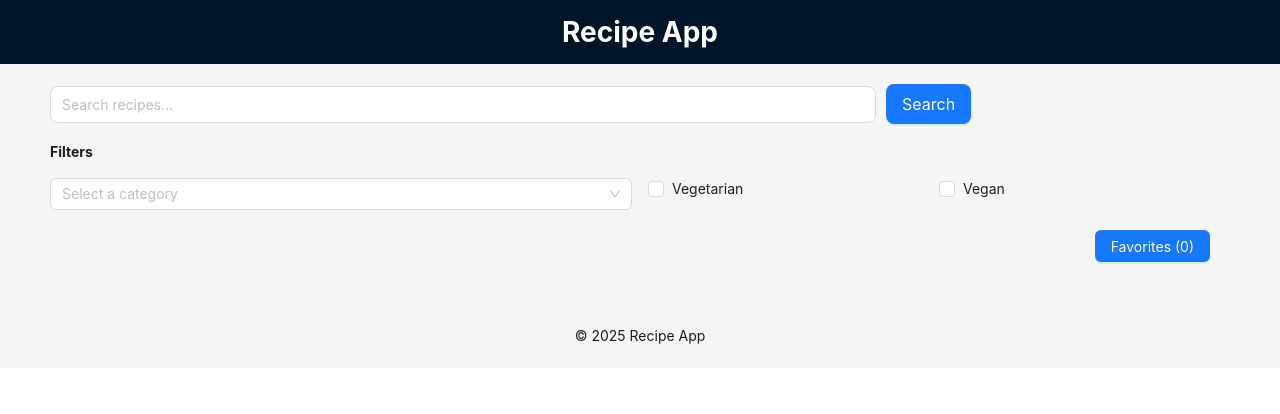
Repository: LearnTek-In-Private-Limited/recipie-era-premier
Page: /
The author's editor kept a copy of each file at every save. The page is drawn from the files as they stood at one save, then again after a run of saves.
The browser window is 1280 px wide. The pictures show the whole page.
The page's requests for data from a server got no answer. The project was rebuilt for these pictures with package versions that can differ from the ones it lists, and the page was loaded fresh each time. No one was signed in, and anything a server would have sent is missing.

Above is the page before, as saved 2025-01-25 19:57:12.

### src/App.js
import React from 'react';
import { Provider } from 'react-redux';
import store from './redux/store';
import RecipeList from './components/RecipeList';
import SearchBar from './components/SearchBar';
import FilterOptions from './components/FilterOptions';
import FavoritesButton from './components/FavoritesButton';
import { Layout, Row, Col } from 'antd';

const { Header, Content, Footer } = Layout;

function App() {
  return (
    <Provider store={store}>
      <Layout>
        <Header style={{ backgroundColor: '#001529', color: 'white', textAlign: 'center' }}>
          <h1 style={{ color: 'white', margin: 0 }}>Recipe App</h1>
        </Header>
        <Content style={{ padding: '20px 50px' }}>
          <Row gutter={[16, 16]}>
            {/* Filters and Search Bar */}
            <Col span={24}>
              <SearchBar />
              <FilterOptions />
                  {/* Favorites Button */}
          < FavoritesButton />
            </Col>
          </Row>

          <Row gutter={[16, 16]}>
            {/* Recipe List */}
            <Col span={24}>
              <RecipeList />
            </Col>
          </Row>


        </Content>
        <Footer style={{ textAlign: 'center' }}>© 2025 Recipe App</Footer>
      </Layout>
    </Provider>
  );
}

export default App;

### src/redux/store.js
import { createStore, combineReducers, applyMiddleware } from 'redux';
import {thunk} from 'redux-thunk';
import { recipeReducer, favoriteReducer } from '../redux/reducers/recipeReducer';

const rootReducer = combineReducers({
  recipes: recipeReducer,
  favorites: favoriteReducer,
});

const store = createStore(rootReducer, applyMiddleware(thunk));

export default store;

### src/components/RecipeList.js
import React, { useState, useEffect } from 'react';
import { Card, Col, Row, Button, Modal } from 'antd';
import { useDispatch, useSelector } from 'react-redux';
import { fetchRecipes, toggleFavorite } from '../redux/actions/recipeActions';

const RecipeList = () => {
  const dispatch = useDispatch();
  const recipes = useSelector((state) => state.recipes.recipes);
  const favorites = useSelector((state) => state.favorites);
  const [selectedRecipe, setSelectedRecipe] = useState(null);

  // Fetch recipes on mount
  useEffect(() => {
    dispatch(fetchRecipes());
  }, [dispatch]);

  const isFavorite = (recipe) => favorites.some((fav) => fav.label === recipe.label);

  const handleRecipeClick = (recipe) => {
    setSelectedRecipe(recipe);
  };

  const handleCloseModal = () => {
    setSelectedRecipe(null);
  };

  const toggleFavoriteStatus = (recipe) => {
    dispatch(toggleFavorite(recipe));
  };

  return (
    <>
      <Row gutter={[16, 16]}>
        {recipes.map((recipe, index) => (
          <Col xs={24} sm={12} md={8} lg={6} key={index}>
            <Card
              hoverable
              style={{ height: '100%', display: 'flex', flexDirection: 'column', justifyContent: 'space-between' }}
              cover={
                <img
                  alt={recipe.label}
                  src={recipe.image}
                  style={{ height: '200px', objectFit: 'cover' }}
                />
              }
              title={recipe.label}
              onClick={() => handleRecipeClick(recipe)} // Clicking on the card opens the modal
            >
              <p>{recipe.cuisineType?.join(', ') || 'No cuisine info'}</p>
              <Button
                type={isFavorite(recipe) ? 'danger' : 'primary'}
                onClick={(e) => {
                  e.stopPropagation(); // Prevent card click event from firing
                  toggleFavoriteStatus(recipe);
                }}
              >
                {isFavorite(recipe) ? 'Remove Favorite' : 'Add to Favorites'}
              </Button>
            </Card>
          </Col>
        ))}
      </Row>

      {/* Modal to show recipe details */}
      <Modal
        title={selectedRecipe?.label}
        visible={selectedRecipe !== null}
        onCancel={handleCloseModal}
        footer={null}
        width={800}
      >
        {selectedRecipe && (
          <div>
            <img
              alt={selectedRecipe.label}
              src={selectedRecipe.image}
              style={{ width: '100%', height: 'auto', objectFit: 'cover' }}
            />
            <h3>Ingredients</h3>
            <ul>
              {selectedRecipe.ingredients.map((ingredient, index) => (
                <li key={index}>{ingredient.text}</li>
              ))}
            </ul>
            <h3>Instructions</h3>
            <p>{selectedRecipe.instructions}</p>
            <p><strong>Preparation time:</strong> {selectedRecipe.totalTime} minutes</p>
            <p><strong>Serving size:</strong> {selectedRecipe.yield} servings</p>
          </div>
        )}
      </Modal>
    </>
  );
};

export default RecipeList;

### src/components/SearchBar.js
import React, { useState, useEffect } from 'react';
import { Input, Button, message, AutoComplete } from 'antd';
import { useDispatch, useSelector } from 'react-redux';
import { fetchRecipes } from '../redux/actions/recipeActions';

const SearchBar = () => {
  const [query, setQuery] = useState('');
  const [suggestions, setSuggestions] = useState([]);
  const dispatch = useDispatch();
  const recipeData = useSelector((state) => state.recipes.recipes);

  useEffect(() => {
    if (query) {
      // Fetch suggestions (this can be done with a debounced request to avoid excess API calls)
      fetch(`https://api.edamam.com/search?q=${query}&app_id=a5de3521&app_key=28f8a20bd893e2740e68d4bbb349b977&from=0&to=5`)
        .then((response) => response.json())
        .then((data) => {
          const suggestions = data.hits.map((hit) => hit.recipe.label);
          setSuggestions(suggestions);
        });
    } else {
      setSuggestions([]);
    }
  }, [query]);

  const handleSearch = () => {
    if (!query) {
      message.warning('Please enter a search query');
      return;
    }
    dispatch(fetchRecipes(query)); // Fetch recipes based on the query
  };

  return (
    <div className="mb-4">
      <AutoComplete
        style={{ width: '70%', marginRight: '10px' }}
        options={suggestions.map((suggestion) => ({
          value: suggestion,
        }))}
        onSelect={(value) => setQuery(value)} // Set the query when a suggestion is selected
      >
        <Input
          placeholder="Search recipes..."
          value={query}
          onChange={(e) => setQuery(e.target.value)}
          size="large"
          onPressEnter={handleSearch} // Allow "Enter" key to trigger search
        />
      </AutoComplete>
      <Button type="primary" size="large" onClick={handleSearch}>
        Search
      </Button>

      {recipeData && recipeData.length > 0 && (
        <div style={{ marginTop: '10px' }}>
          <p>Total Matches: {recipeData.length}</p>
        </div>
      )}
    </div>
  );
};

export default SearchBar;

### src/components/FilterOptions.js
import React from 'react';
import { Select, Checkbox, Row, Col } from 'antd';
import { useDispatch } from 'react-redux';
import { fetchRecipes } from '../redux/actions/recipeActions';

const { Option } = Select;

const FilterOptions = () => {
  const dispatch = useDispatch();

  const handleCategoryChange = (value) => {
    dispatch(fetchRecipes(value));
  };

  const handleDietaryChange = (checkedValues) => {
    const query = checkedValues.join(',');
    dispatch(fetchRecipes(query));
  };

  return (
    <div className="mb-4">
      <h4>Filters</h4>
      <Row gutter={16}>
        <Col md={12}>
          <Select
            style={{ width: '100%' }}
            placeholder="Select a category"
            onChange={handleCategoryChange}
          >
            <Option value="breakfast">Breakfast</Option>
            <Option value="lunch">Lunch</Option>
            <Option value="dinner">Dinner</Option>
          </Select>
        </Col>
        <Col md={12}>
          <Checkbox.Group style={{ width: '100%' }} onChange={handleDietaryChange}>
            <Row>
              <Col span={12}>
                <Checkbox value="vegetarian">Vegetarian</Checkbox>
              </Col>
              <Col span={12}>
                <Checkbox value="vegan">Vegan</Checkbox>
              </Col>
            </Row>
          </Checkbox.Group>
        </Col>
      </Row>
    </div>
  );
};

export default FilterOptions;

### src/components/FavoritesButton.js
import React, { useState } from 'react';
import { Button, Modal, Row, Col, Card } from 'antd';
import { useSelector } from 'react-redux';

const FavoritesButton = () => {
  const [isModalVisible, setIsModalVisible] = useState(false);
  const favorites = useSelector((state) => state.favorites);

  const showModal = () => {
    setIsModalVisible(true);
  };

  const handleClose = () => {
    setIsModalVisible(false);
  };

  return (
    <div style={{ textAlign: 'right', margin: '20px' }}>
      {/* Favorites Button */}
      <Button type="primary" onClick={showModal}>
        Favorites ({favorites.length})
      </Button>

      {/* Modal to Show Favorites */}
      <Modal
        title="Your Favorites"
        visible={isModalVisible}
        onCancel={handleClose}
        footer={null}
        width={800}
      >
        <Row gutter={[16, 16]}>
          {favorites.length > 0 ? (
            favorites.map((recipe, index) => (
              <Col xs={24} sm={12} md={8} key={index}>
                <Card
                  hoverable
                  style={{
                    height: '100%',  // Ensure the card takes full height
                    display: 'flex',
                    flexDirection: 'column',
                    justifyContent: 'space-between',
                  }}
                  cover={<img alt={recipe.label} src={recipe.image} style={{ height: '200px', objectFit: 'cover' }} />}
                  title={recipe.label}
                >
                  <p>{recipe.cuisineType?.join(', ') || 'No cuisine info'}</p>
                </Card>
              </Col>
            ))
          ) : (
            <p style={{ textAlign: 'center', width: '100%' }}>No favorite recipes added yet.</p>
          )}
        </Row>
      </Modal>
    </div>
  );
};

export default FavoritesButton;

### src/redux/reducers/recipeReducer.js
const initialState = {
  recipes: [],
  loading: false,
  error: null,
};

export const recipeReducer = (state = initialState, action) => {
  switch (action.type) {
    case 'FETCH_RECIPES_SUCCESS':
      return {
        ...state,
        recipes: action.payload,
        loading: false,
      };
    case 'FETCH_RECIPES_FAILURE':
      return {
        ...state,
        loading: false,
        error: action.payload,
      };
    default:
      return state;
  }
};

const favoriteState = [];

export const favoriteReducer = (state = favoriteState, action) => {
  switch (action.type) {
    case 'TOGGLE_FAVORITE':
      const recipeExists = state.some((fav) => fav.label === action.payload.label);
      if (recipeExists) {
        return state.filter((fav) => fav.label !== action.payload.label);
      } else {
        return [...state, action.payload];
      }
    default:
      return state;
  }
};

### src/redux/actions/recipeActions.js
import axios from 'axios';

export const fetchRecipes = (query = 'pizza') => async (dispatch) => {
  try {
    const response = await axios.get(
      `https://api.edamam.com/search?q=${query}&app_id=a5de3521&app_key=28f8a20bd893e2740e68d4bbb349b977&from=0&to=50`
    );
    const recipes = response.data.hits.map(hit => hit.recipe);
    dispatch({ type: 'FETCH_RECIPES_SUCCESS', payload: recipes });
  } catch (error) {
    dispatch({ type: 'FETCH_RECIPES_FAILURE', payload: error });
  }
};

export const toggleFavorite = (recipe) => {
  return {
    type: 'TOGGLE_FAVORITE',
    payload: recipe,
  };
};

Loaded but not shown: public/index.html (common file); src/index.js (common file); src/index.css (common file); src/reportWebVitals.js (common file)

After the next 2 saves:
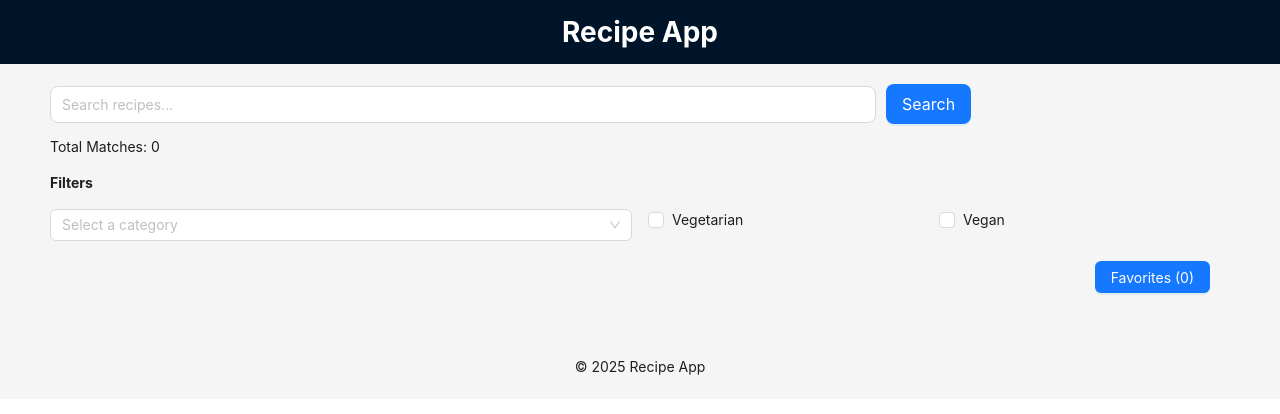
The 2 saves are shown as one change because 1 did not build or start.
The last was saved 2 min 57 s later.
--- a/src/components/SearchBar.js
+++ b/src/components/SearchBar.js
@@ -8,10 +8,11 @@ const SearchBar = () => {
   const [suggestions, setSuggestions] = useState([]);
   const dispatch = useDispatch();
   const recipeData = useSelector((state) => state.recipes.recipes);
+  const allRecipes = useSelector((state) => state.recipes.allRecipes); // Assuming allRecipes stores all available recipes
 
   useEffect(() => {
     if (query) {
-      // Fetch suggestions (this can be done with a debounced request to avoid excess API calls)
+      // Fetch suggestions based on the query
       fetch(`https://api.edamam.com/search?q=${query}&app_id=a5de3521&app_key=28f8a20bd893e2740e68d4bbb349b977&from=0&to=5`)
         .then((response) => response.json())
         .then((data) => {
@@ -30,6 +31,11 @@ const SearchBar = () => {
     }
     dispatch(fetchRecipes(query)); // Fetch recipes based on the query
   };
+
+  // Get the count of matched recipes or total recipes (if no search)
+  const recipeCount = query
+    ? (recipeData && recipeData.length) || 0
+    : (allRecipes && allRecipes.length) || 0;
 
   return (
     <div className="mb-4">
@@ -52,11 +58,9 @@ const SearchBar = () => {
         Search
       </Button>
 
-      {recipeData && recipeData.length > 0 && (
-        <div style={{ marginTop: '10px' }}>
-          <p>Total Matches: {recipeData.length}</p>
-        </div>
-      )}
+      <div style={{ marginTop: '10px' }}>
+        <p>Total Matches: {recipeCount}</p>
+      </div>
     </div>
   );
 };
